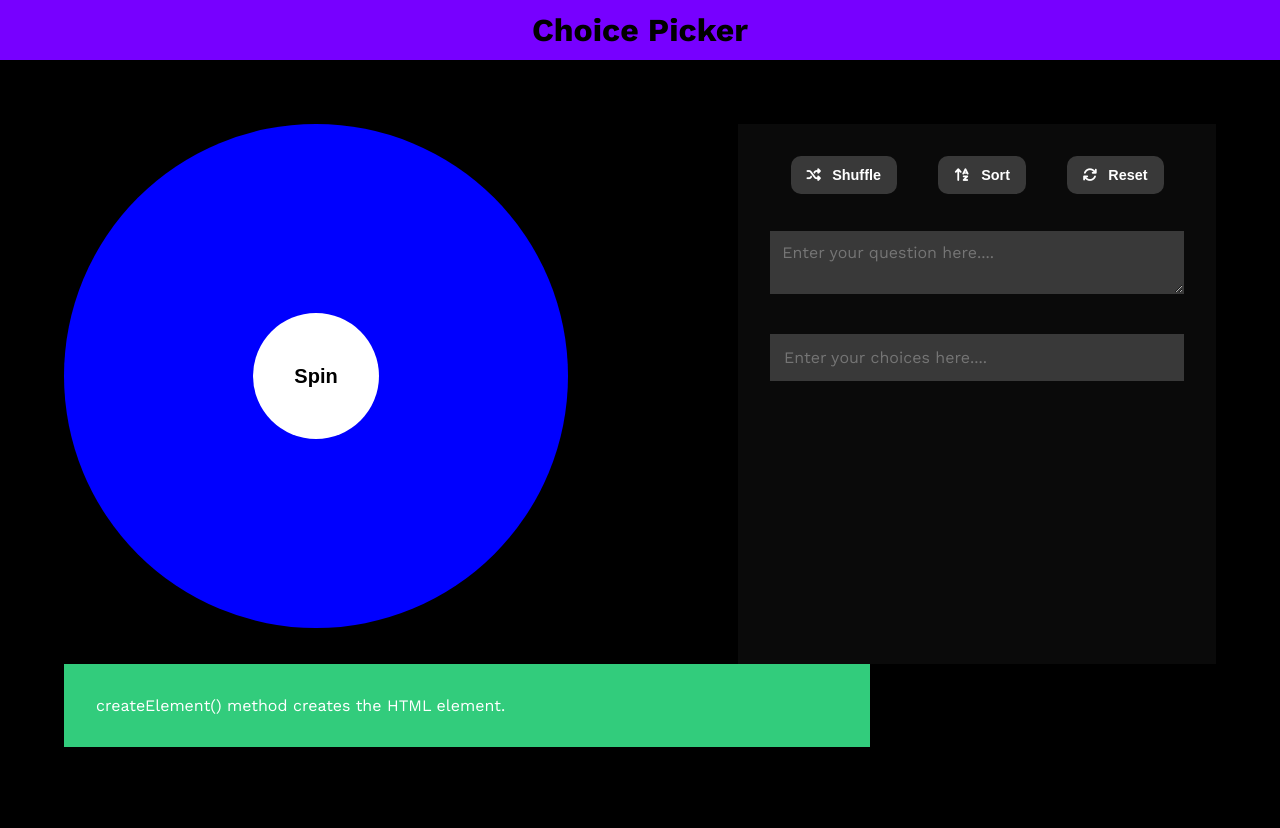
Repository: emiliaiwu/choice_wheel_spinner
Page: index.html
The author's editor kept a copy of each file at every save. The page is drawn from the files as they stood at one save, then again after a run of saves.
The browser window is 1280 px wide. The pictures show the whole page.
Some web libraries are served in a nearby version.

Above is the page before, as saved 2023-01-10 01:34:45.

### index.html
<!DOCTYPE html>
<html lang="en">
<head>
    <meta charset="UTF-8">
    <meta http-equiv="X-UA-Compatible" content="IE=edge">
    <meta name="viewport" content="width=device-width, initial-scale=1.0">
    <script src="https://kit.fontawesome.com/fd9c36575f.js" crossorigin="anonymous"></script>
    <link rel="stylesheet" href="style.css">
    <script defer src="script.js"></script>
    <title>Choice Picker</title>
</head>
<body>
    <header>
        <h1>Choice Picker</h1>
    </header>
    <div class="container">
        <div class="choice_picker_container">
            <div class="choice_picker">
                <div class="circle">
                    <button class="spin">
                        <h2>Spin</h2>
                    </button>
                </div>
            </div>
            <div class="choice_details">
                <div class="choice_style">
                    <button class="shuffle btn"><i class="fa-solid fa-shuffle"></i>Shuffle</button>
                    <button class="sort btn"><i class="fa-solid fa-arrow-up-a-z"></i>Sort</button>
                    <button class="reset btn"><i class="fa-solid fa-arrows-rotate"></i>Reset</button>
                </div>
                <div class="question">
                    <textarea name="question" id="question" placeholder="Enter your question here...."></textarea>
                </div>
                <div class="make_choices">
                    <input type="text" placeholder="Enter your choices here...." id="choices">
                    <!-- <textarea name="choices" id="choices" placeholder="Enter your choices here...."></textarea> -->
                </div>
                <div class="listed_choices">
                    <!-- <span class="choice">Berry</span>
                    <span class="choice">Berry question</span>
                    <span class="choice">Berry</span>
                    <span class="choice">Berry question</span>
                    <span class="choice">Berry</span>
                    <span class="choice">Berry question</span>
                    <span class="choice">Berry</span>
                    <span class="choice">Berry question</span> -->
                </div>
            </div>
        </div>
        <div class="display">
            <div class="display_question">
                <h2></h2>createElement() method creates the HTML element.</div>
            <div class="display_answer"></div>
        </div>
    </div>
</body>
</html>

### style.css
@import url('https://fonts.googleapis.com/css2?family=Work+Sans:ital,wght@0,400;0,500;1,600;2,700&display=swap');

* {
    padding: 0;
    margin: 0;
    box-sizing: border-box;
}


body {
    background-color: #000000;
    font-family: 'Work Sans', sans-serif;
    max-width: 100vw;
    min-height: 100vh;
    color: #ffffff;

}

header {
    height: 60px;
    width: 100%;
    background-color:rgb(119, 0, 255);
    color: #000;

}

header,
.spin {
    display: flex;
    align-items: center;
    justify-content: center;

}

.container {
    padding: 5%;
}

.container,
.choice_picker {
    width: 100%;
    height: 100%;
}

.choice_picker_container {
    display: flex;
    align-items: flex-start;
    justify-content: space-between;
    gap: 2rem;
}

.circle {
    width: 70vmin;
    height: 70vmin;
    background-color: blue;
    border-radius: 50%;
    position: relative;
}

.spin {
    width: 25%;
    height: 25%;
    background-color: #FFFFFF;
    position: absolute;
    border-radius: 50%;
    top: 50%;
    left: 50%;
    transform: translate(-50%, -50%);
    outline: none;
    border: none;
}


.choice_details {
    padding: 2rem;
    height: 75vh;
    width: 70%;
    background-color: #0a0a0a;
    display: flex;
    flex-direction: column;
    gap: 2rem;

}

.choice_style {
    display: flex;
    justify-content: space-around;
    align-items: center;
    /* margin-bottom: 2rem; */
}

.btn {
    padding: .7rem 1rem;
    font-size: .9rem;
    font-weight: 600;
    border-radius: 10px;
    background-color: #393939;
    border: none;
    color: #FFFFFF;
}

.fa-solid {
    margin-right: .7rem;
}

label {
    font-weight: 600;
    font-size: 1.1rem;
}


textarea {
    padding: .7rem;
    width: 100%;
    font-size: 1rem;
    border: 1px solid #393939;
    outline: none;
    margin-top: .3rem;
    background-color: #393939;
    color: #FFFFFF;
    font-family: inherit;
}

input[type="text"] {
    padding: .8rem;
    width: 100%;
    font-size: 1rem;
    border: 1px solid #393939;
    outline: none;
    margin-top: .3rem;
    background-color: #393939;
    color: #FFFFFF;
    font-family: inherit;
}

.listed_choices {
    width: 100%;
    height: 100%;
}

.choice {
    display: inline-block;
    padding: .7rem 1rem;
    background-color: blueviolet;
    border-radius: 10px;
    margin: 0 5px 12px 5px;
}

.display {
    width: 70%;
    height: 100px;
}

.display_question {
    background-color: rgb(50, 204, 124);
    padding: 2rem ;
}



@media only screen and (max-width: 600px) {
    .choice_picker_container {
        flex-direction: column;
        justify-content: center;
        align-items: center;
    }
}

### script.js
'use strict';


// Select elements
const questionTextArea = document.getElementById('question');
const choicesTextArea = document.getElementById('choices');
const choiceContainer = document.querySelector('.listed_choices');








choicesTextArea.addEventListener("keydown", (e) => {
    if (e.key === "Enter") {
        const choice = document.createElement('span');
        choice.classList.add('choice');
        choice.innerText = choicesTextArea.value;
        choiceContainer.prepend(choice);
        choicesTextArea.value = '';
    }
});

After the next 2 saves:
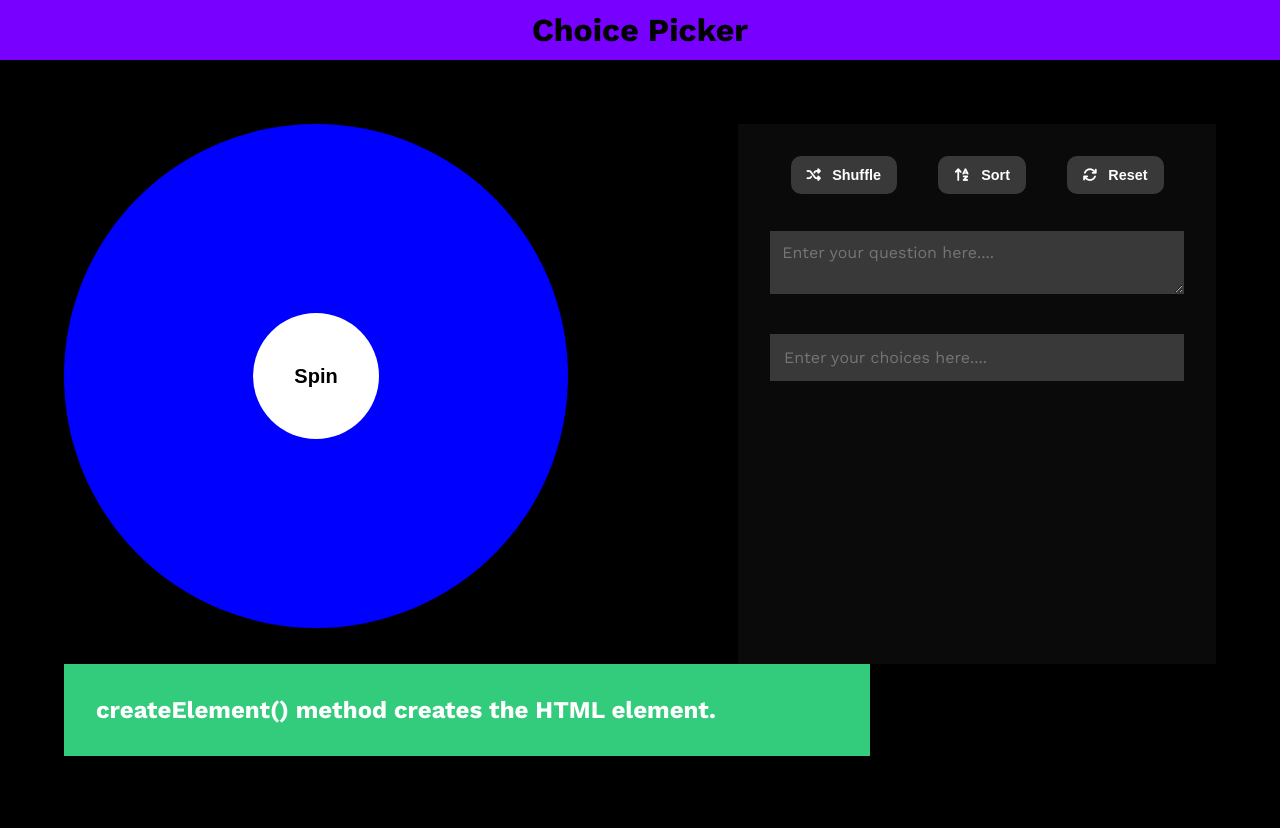
The 2 saves are shown as one change because they came seconds apart.
The last was saved 9 s later.
--- a/index.html
+++ b/index.html
@@ -49,7 +49,7 @@
         </div>
         <div class="display">
             <div class="display_question">
-                <h2></h2>createElement() method creates the HTML element.</div>
+                <h2>createElement() method creates the HTML element.</h2></div>
             <div class="display_answer"></div>
         </div>
     </div>
